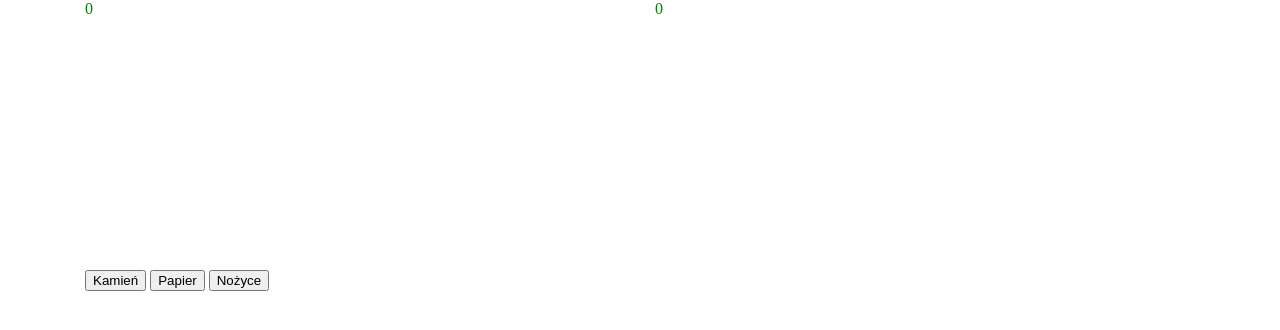
Repository: ulasup/javascript-prework
Page: index.html
These files come from the project's save history. The page is drawn as it stood at one moment and after the next save; the edit follows.
The browser window is 1280 px wide. The pictures show the whole page.
Some web libraries are served in a nearby version. The style sheet was rebuilt from its Sass, Less or Tailwind sources for each picture, by a compiler version that may differ from the author's.

Above is the page before, as saved 2020-12-12 16:56:52.

### index.html
<!DOCTYPE html>
<html lang="en">
<head>
	<meta charset="UTF-8">
	<title>Kamień, papier, nożyce</title>
	<link rel="stylesheet" href="https://cdnjs.cloudflare.com/ajax/libs/font-awesome/5.9.0/css/all.min.css">
    <link rel="stylesheet" href="vendor/bootstrap-grid.css">
	<link rel="stylesheet" href="css/style.css">
</head>
<body>
	<div class="container">
		<div class=row>
		<div class="player col-6">0</div>
		<div class="computer col-6">0</div>
		</div>
		<div id="buttons">
			<button id="button-rock" type="button">Kamień</button>
			<button id="button-paper" type="button">Papier</button>
			<button id="button-scissors" type="button">Nożyce</button>
		</div>
		<div id="messages"></div>
	</div>
	<script src="js/functions.js"></script>
	<script src="js/script.js"></script>
</body>
</html>

### js/script.js
let buttonRock, buttonPaper, buttonScissors,
playerScore=0,
computerScore=0;

buttonRock = document.getElementById('button-rock');
buttonPaper = document.getElementById('button-paper');
buttonScissors = document.getElementById('button-scissors');

function buttonClicked(argButtonName) {
  clearMessages();

  let computerMove, playerMove, randomNumber;

  function getMoveName(argMoveId) {
    if (argMoveId == 1) {
      return 'kamień';
    } else if (argMoveId == 2) {
      return 'papier';
    } else if (argMoveId == 3) {
      return 'nożyce';
    } else {
      printMessage('Nie znam ruchu o id ' + argMoveId + '. Zakładam, że chodziło o "kamień".');
      return 'kamień';
    }
  }

  function displayResult(argPlayerMove, argComputerMove) {
    if (argPlayerMove == 'papier' && argComputerMove == 'kamień') {
      playerScore++;
      printMessage('Brawo! Zdobywasz punkt!');
    }
    else if (argPlayerMove == 'kamień' && argComputerMove == 'nożyce') {
      playerScore++;
      printMessage('Brawo! Zdobywasz punkt!');
    }
    else if (argPlayerMove == 'nożyce' && argComputerMove == 'papier') {
      playerScore++;
      printMessage('Brawo! Zdobywasz punkt!');
    }
    else if (argPlayerMove == argComputerMove) {
      printMessage('Remis!');
    }
    else {
      computerScore++;
      printMessage('Komputer zdobył punkt!');
    }
    printMessage('Komputer zagrał ' + argComputerMove + ', a Ty ' + argPlayerMove);
  }

  playerMove = argButtonName;
  randomNumber = Math.floor(Math.random() * 3 + 1);
  computerMove = getMoveName(randomNumber);

  if (playerScore == 3) {
    printMessage('Koniec gry! Wygrałeś');
  }
  else if (computerScore == 3) {
    printMessage('Koniec gry! Przegrałeś :(');
  }
  else displayResult(playerMove, computerMove);
}

buttonRock.addEventListener('click', function(){ buttonClicked('kamień'); });
buttonPaper.addEventListener('click', function(){ buttonClicked('papier'); });
buttonScissors.addEventListener('click', function(){ buttonClicked('nożyce'); });

### sass/style.scss
body {
    margin: auto;
}
.player, .computer {
    min-height: 270px;
    color: green;
    font-size: 16px;
}

Loaded but not shown: vendor/bootstrap-grid.css (library); js/functions.js (common file)

After the next save:
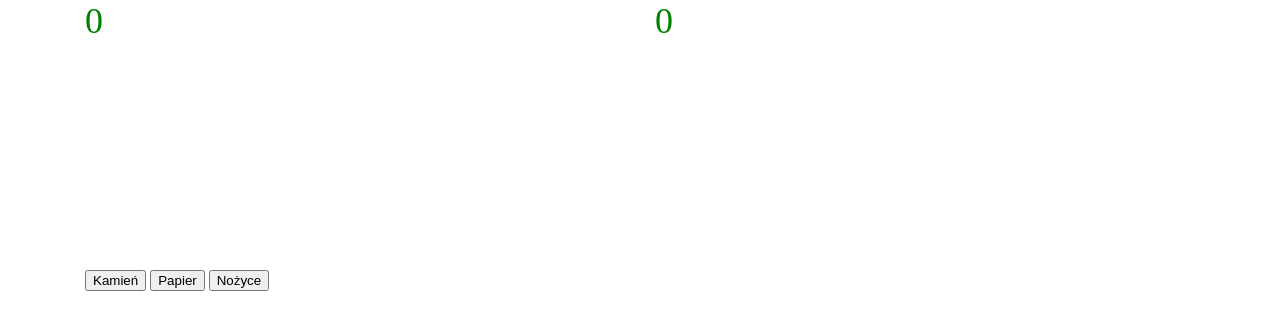
Saved 42 s later.
--- a/sass/style.scss
+++ b/sass/style.scss
@@ -4,5 +4,5 @@ body {
 .player, .computer {
     min-height: 270px;
     color: green;
-    font-size: 16px;
+    font-size: 36px;
 }
